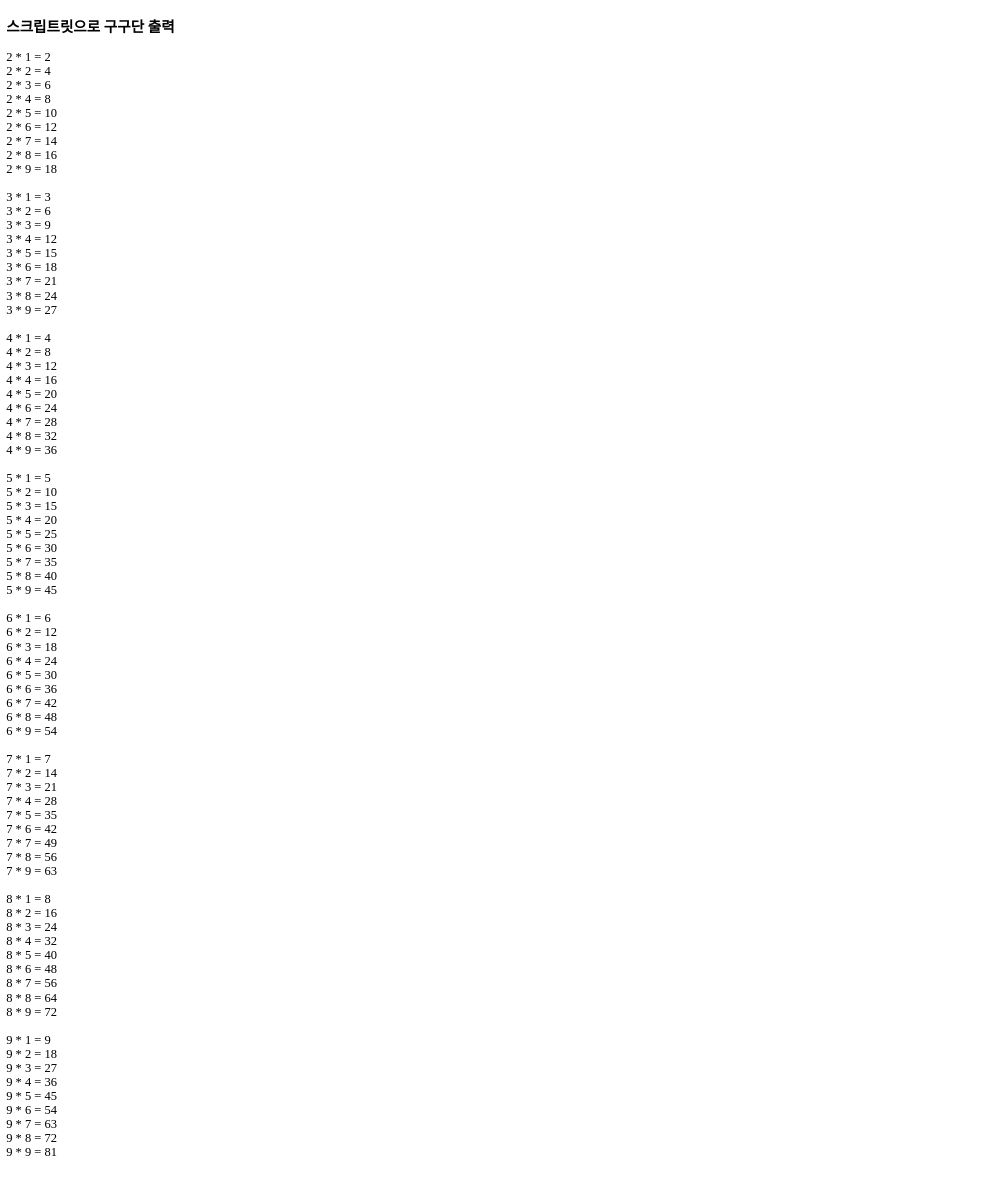
Repository: JungInBaek/Servlet-JSP
Page: http://localhost/edu/example7.jsp
An editor plug-in stored every save of this project. The page is shown before and after the next save, followed by the edit.
The browser window is 1280 px wide. The pictures show the whole page, at 78% of full size.
The page is served by Tomcat 9. Other server files are loaded and not shown.

Above is the page before, as saved 2021-08-03 12:09:07.

### edu/src/main/webapp/example7.jsp
<%@ page language="java" contentType="text/html; charset=UTF-8"
    pageEncoding="UTF-8"%>
<!DOCTYPE html>
<html>
<head>
<meta charset="UTF-8">
<title>구구단</title>
</head>
<body>
	<h3>스크립트릿으로 구구단 출력</h3>
	<%
		for(int i = 2; i < 10; i++) {
			for(int j = 1; j < 10; j++) {
				out.print(i + " * " + j + " = " + (i * j)); %><br/>
		<% } %><br/>
	<% } %>
</body>
</html>

After the next save:
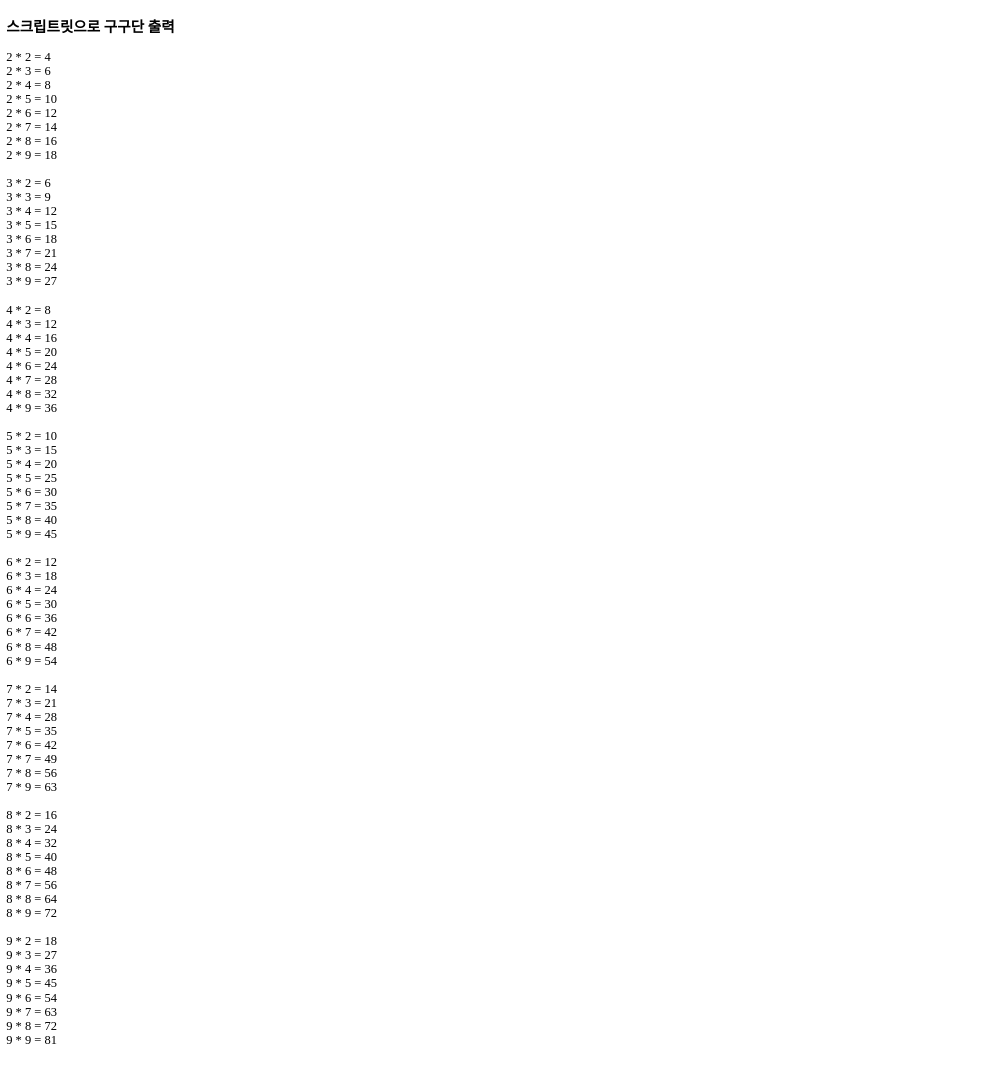
Saved 2 min 21 s later.
--- a/edu/src/main/webapp/example7.jsp
+++ b/edu/src/main/webapp/example7.jsp
@@ -8,11 +8,20 @@
 </head>
 <body>
 	<h3>스크립트릿으로 구구단 출력</h3>
-	<%
+	<%-- <%
 		for(int i = 2; i < 10; i++) {
 			for(int j = 1; j < 10; j++) {
 				out.print(i + " * " + j + " = " + (i * j)); %><br/>
 		<% } %><br/>
-	<% } %>
+	<% } %> --%>
+	<%
+		for(int i = 2; i < 10; i++) {
+			for(int j = 2; j < 10; j++) {
+				out.print(i + " * " + j + " = " + (i * j));
+				out.print("<br/>");
+			}
+			out.print("<br/>");
+		}
+	%>
 </body>
 </html>

After the save that followed:
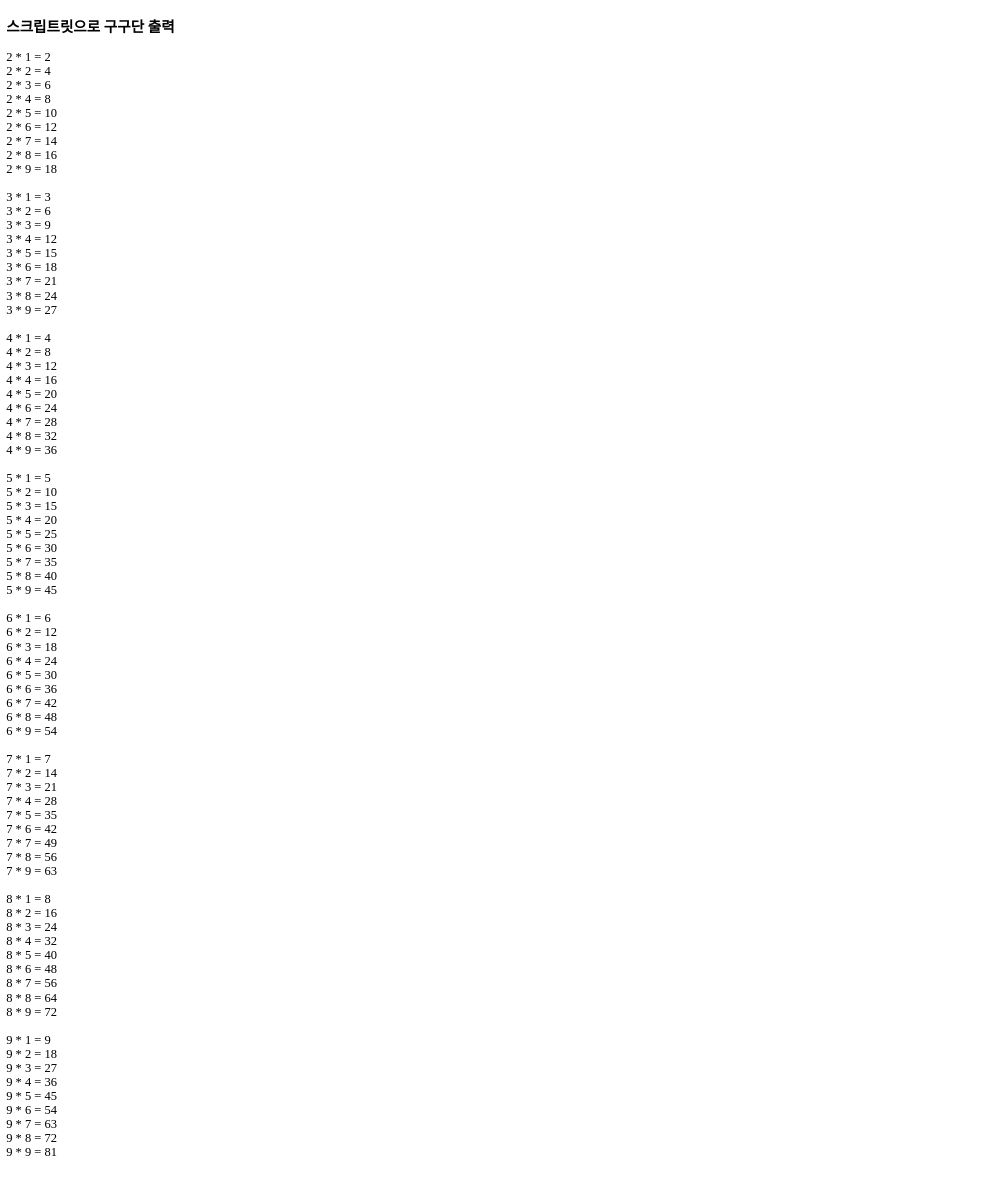
Saved 14 s later.
--- a/edu/src/main/webapp/example7.jsp
+++ b/edu/src/main/webapp/example7.jsp
@@ -16,7 +16,7 @@
 	<% } %> --%>
 	<%
 		for(int i = 2; i < 10; i++) {
-			for(int j = 2; j < 10; j++) {
+			for(int j = 1; j < 10; j++) {
 				out.print(i + " * " + j + " = " + (i * j));
 				out.print("<br/>");
 			}
